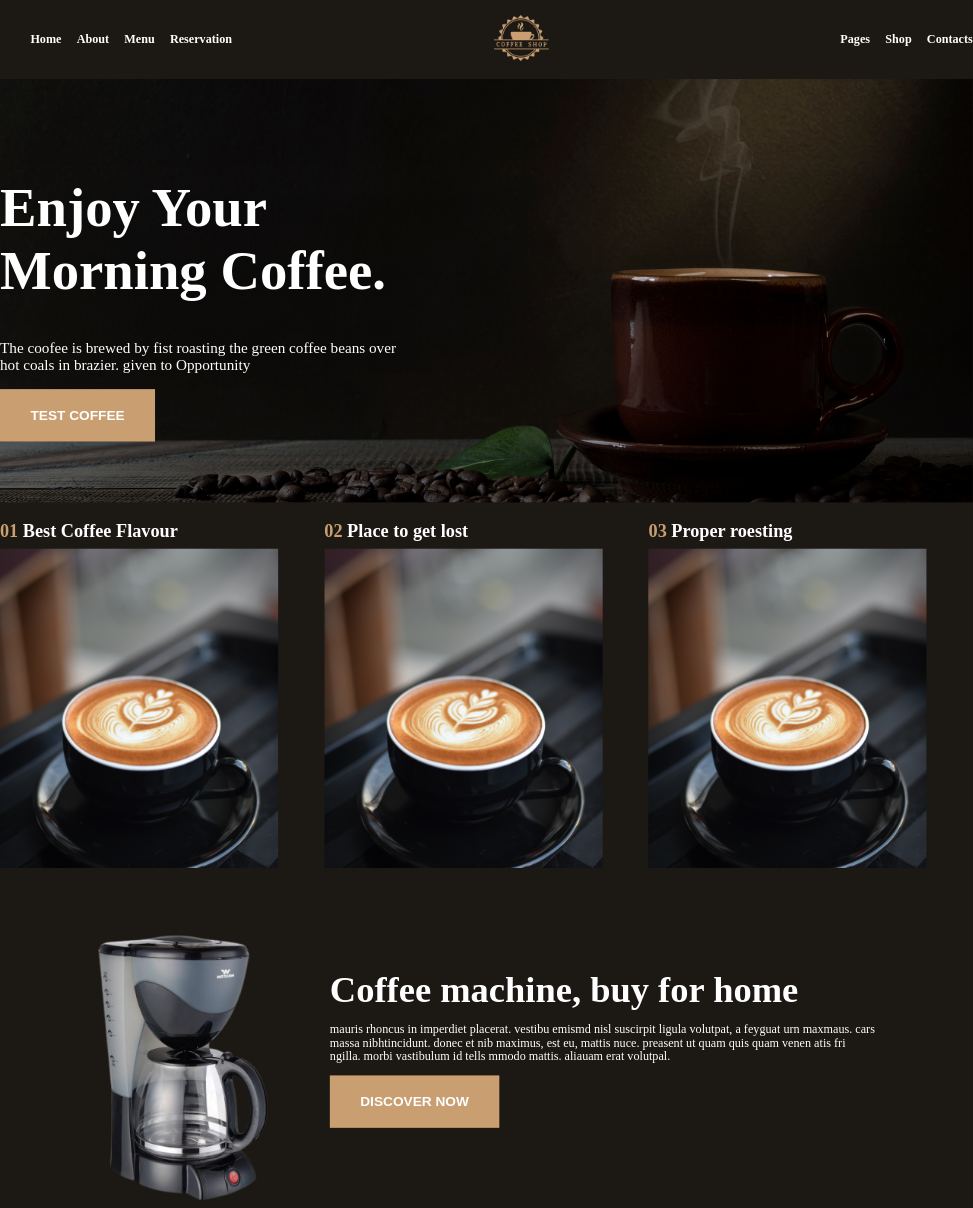
Repository: SitoraRashidova/CoffeShop_Figma
Page: /
These files come from the project's save history. The page is drawn as it stood at one moment and after the next save; the edit follows.
The browser window is 1280 px wide. The pictures show the whole page, at 76% of full size.
The project was rebuilt for these pictures with package versions that can differ from the ones it lists, and the page was loaded fresh each time. Also part of the build but not shown: vite.config.js.

Above is the page before, as saved 2024-11-24 23:52:21.

### src/index.css
/* :root {
  font-family: Inter, system-ui, Avenir, Helvetica, Arial, sans-serif;
  line-height: 1.5;
  font-weight: 400;

  color-scheme: light dark;
  color: rgba(255, 255, 255, 0.87);
  background-color: #242424;

  font-synthesis: none;
  text-rendering: optimizeLegibility;
  -webkit-font-smoothing: antialiased;
  -moz-osx-font-smoothing: grayscale;
} */

body{
  margin: 0;
  background-color: #1C1814;
}

*{
  box-sizing: border-box;
}


.container {
  width: 100%;
  max-width: 1296px;
  margin: 0 auto;
}

/* Header uchun style */

.header{
  background-color: #1C1814;
  padding: 20px 0;
}

.header-wrapper{
  display: flex;
  align-items: center;
  justify-content: space-between;
}

.nav-list{
  display: flex;
  align-items: center;
  justify-content: space-between;
  gap: 20px;
}

.nav-list__item{
  list-style: none;
}

.nav-list__item-link{
  color: white;
  text-decoration: none;
  font-weight: 600;
}

/* Hero uchun style */

.hero{
  width: 100%;
  height: auto;
  background-image: url('./assets/hero-logo.png');
  background-size: cover;
  background-repeat: no-repeat;
}

.hero-content{
  width: 100%;
  max-width: 529px;
  padding: 80px 0;
}

.hero-content__title{
  font-size: 72px;
  color: #fff;
}

.hero-content__desc{
  font-size: 20px;
  color: #fff;
}

.hero-btn{
  padding: 24px 40px;
  font-weight: 700;
  font-size: 18px;
  border: none;
  background-color: #C99E71;
  color: #fff;
}

/* type Coffee uchun style */

.type-coffee{
  display: grid;
  grid-template-columns: 1fr 1fr 1fr;
  margin-bottom: 40px;
}

.type-coffee__title{
   font-size: 24px;
   margin-bottom: 10px;
   color: #fff;
}

.type-coffee__title b{
  color: #C99E71;
}

.type-coffee_image{
  width: 366px;
  height: 420px;
}


/* DISCOWER */

.discower-wrapper{
  display: flex;
  justify-content: space-between;
  gap: 80px;
  width: 100%;
  max-width: 80%;
  margin: 80px auto 0 auto;
}

.discower-wrapper h3{
  margin-bottom: 10px;
  font-size: 48px;
  color: white;
}

.discower-wrapper p{
  font-size: 16px;
  color: white;
}

.discover-card{
  width: 100%;
}

### src/App.jsx
import "./App.css";
import DiscowerCoffee from "./components/discower-coffee";
import Header from "./components/header";
import Hero from "./components/hero";
import TypeCofee from "./components/type-coffee";

function App() {
  return (
    <>
      <Header />
      <Hero />
      <TypeCofee />
      <DiscowerCoffee/>
    </>
  );
}

export default App;

### src/App.css
*{
  box-sizing: border-box;
}

/* Header uchun style */

.container {
  width: 100%;
  max-width: 1296px;
  margin: 0 auto;
}

### src/components/discower-coffee.tsx
import React from "react";
import BlenderImage from '../assets/blender.png'

const DiscowerCoffee = () => {
  return (
    <div className="container">
      <div className="discower-wrapper">
        <div>
          <img src={BlenderImage} alt="Coffee machine, buy for home" />
        </div>
        <div className="discover-card">
          <h3>Coffee machine, buy for home</h3>
          <p>
            mauris rhoncus in imperdiet placerat. vestibu emismd nisl suscirpit
            ligula volutpat, a feyguat urn maxmaus. cars massa nibhtincidunt.
            donec et nib maximus, est eu, mattis nuce. preasent ut quam quis
            quam venen atis fri ngilla. morbi vastibulum id tells mmodo mattis.
            aliauam erat volutpal.
          </p>
          <button className="hero-btn">DISCOVER NOW</button>
        </div>
      </div>
    </div>
  );
};

export default DiscowerCoffee;

### src/components/header.jsx
import Logo from "../assets/Logo.png";

const Header = () => {
  return (
    <header className="header">
      <div className="container">
        <div className="header-wrapper">
          <nav>
            <ul className="nav-list">
              <li className="nav-list__item">
                <a className="nav-list__item-link" href="/home">
                  Home
                </a>
              </li>
              <li className="nav-list__item">
                <a className="nav-list__item-link" href="/about">
                  About
                </a>
              </li>
              <li className="nav-list__item">
                <a className="nav-list__item-link" href="/menu">
                  Menu
                </a>
              </li>
              <li className="nav-list__item">
                <a className="nav-list__item-link" href="/Reservation">
                  Reservation
                </a>
              </li>
            </ul>
          </nav>
          <div>
            <img src={Logo} alt="web site logo" />
          </div>
          <nav>
            <ul className="nav-list">
              <li className="nav-list__item">
                <a className="nav-list__item-link" href="/home">
                  Pages
                </a>
              </li>
              <li className="nav-list__item">
                <a className="nav-list__item-link" href="/about">
                  Shop
                </a>
              </li>
              <li className="nav-list__item">
                <a className="nav-list__item-link" href="/menu">
                  Contacts
                </a>
              </li>
            </ul>
          </nav>
        </div>
      </div>
    </header>
  );
};

export default Header;

### src/components/hero.jsx


const Hero = () => {
  return (
    <div className="hero">
        <div className="container">
           <div className="hero-content">
            <h1 className="hero-content__title">Enjoy Your
            Morning Coffee.</h1>
            <p className="hero-content__desc">The coofee is brewed by fist roasting the green coffee beans over hot coals in brazier. given to Opportunity</p>
            <button className="hero-btn">TEST COFFEE</button>
           </div>
        </div>
    </div>
  )
}

export default Hero

### src/components/type-coffee.jsx
import CoffeeImage from '../assets/coffee-one.png'


const TypeCofee = () => {
  return (
    <div className="container">
        <div className="type-coffee">
            <div>
                <h3 className='type-coffee__title'><b className=''>01</b> Best Coffee Flavour</h3>
                <img className='type-coffee_image' src={CoffeeImage} alt="Best Coffee Flavour" />
            </div>
            <div>
                <h3 className='type-coffee__title'><b className=''>02</b> Place to get lost</h3>
                <img className='type-coffee_image' src={CoffeeImage} alt="Best Coffee Flavour" />
            </div>
            <div>
                <h3 className='type-coffee__title'><b className=''>03</b> Proper roesting</h3>
                <img className='type-coffee_image' src={CoffeeImage} alt="Best Coffee Flavour" />
            </div>
        </div>
    </div>
  )
}

export default TypeCofee

Loaded but not shown: index.html (common file); src/main.jsx (common file)

After the next save:
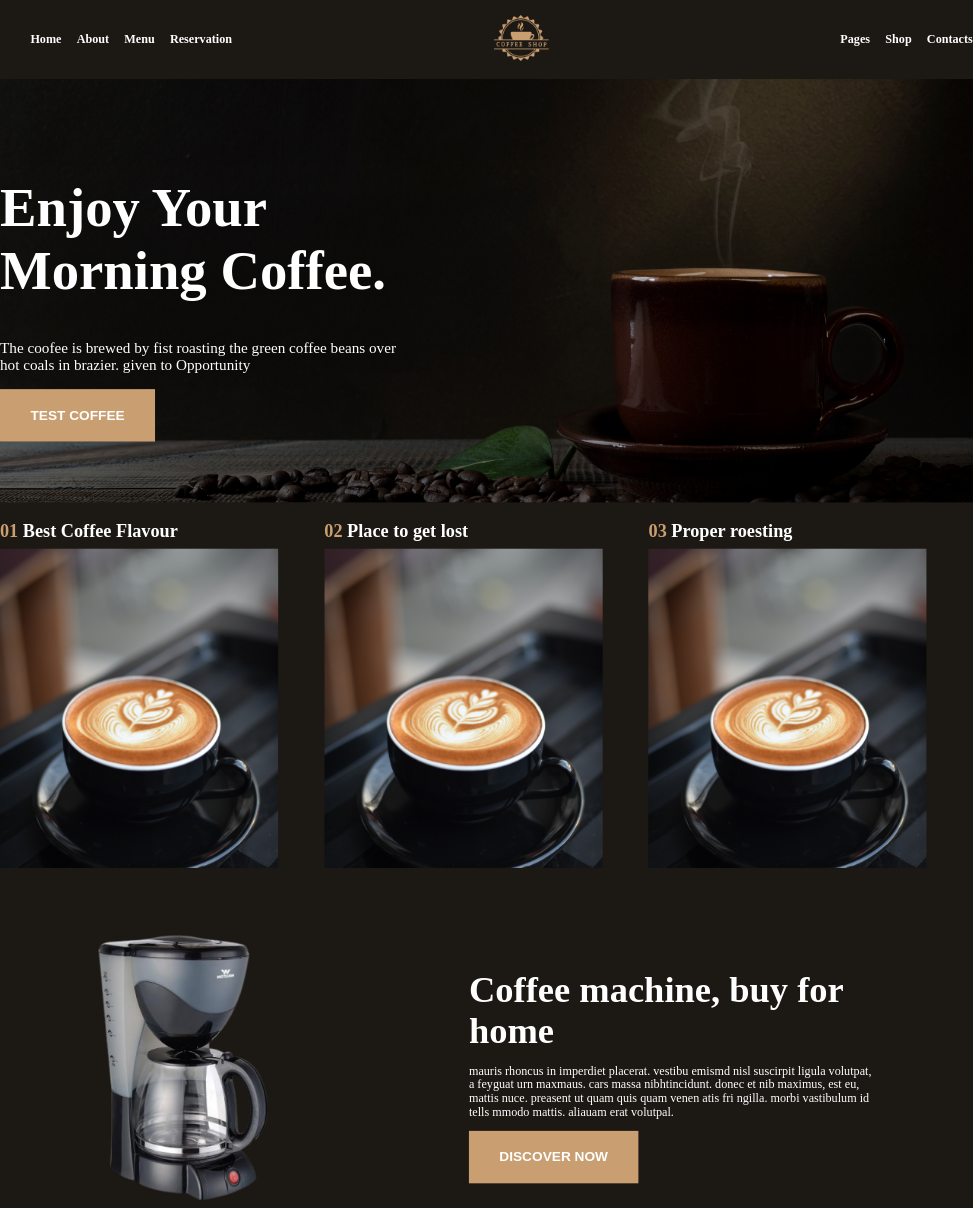
Saved 5 s later.
--- a/src/index.css
+++ b/src/index.css
@@ -142,4 +142,5 @@ body{
 
 .discover-card{
   width: 100%;
+  max-width: 535px;
 }
